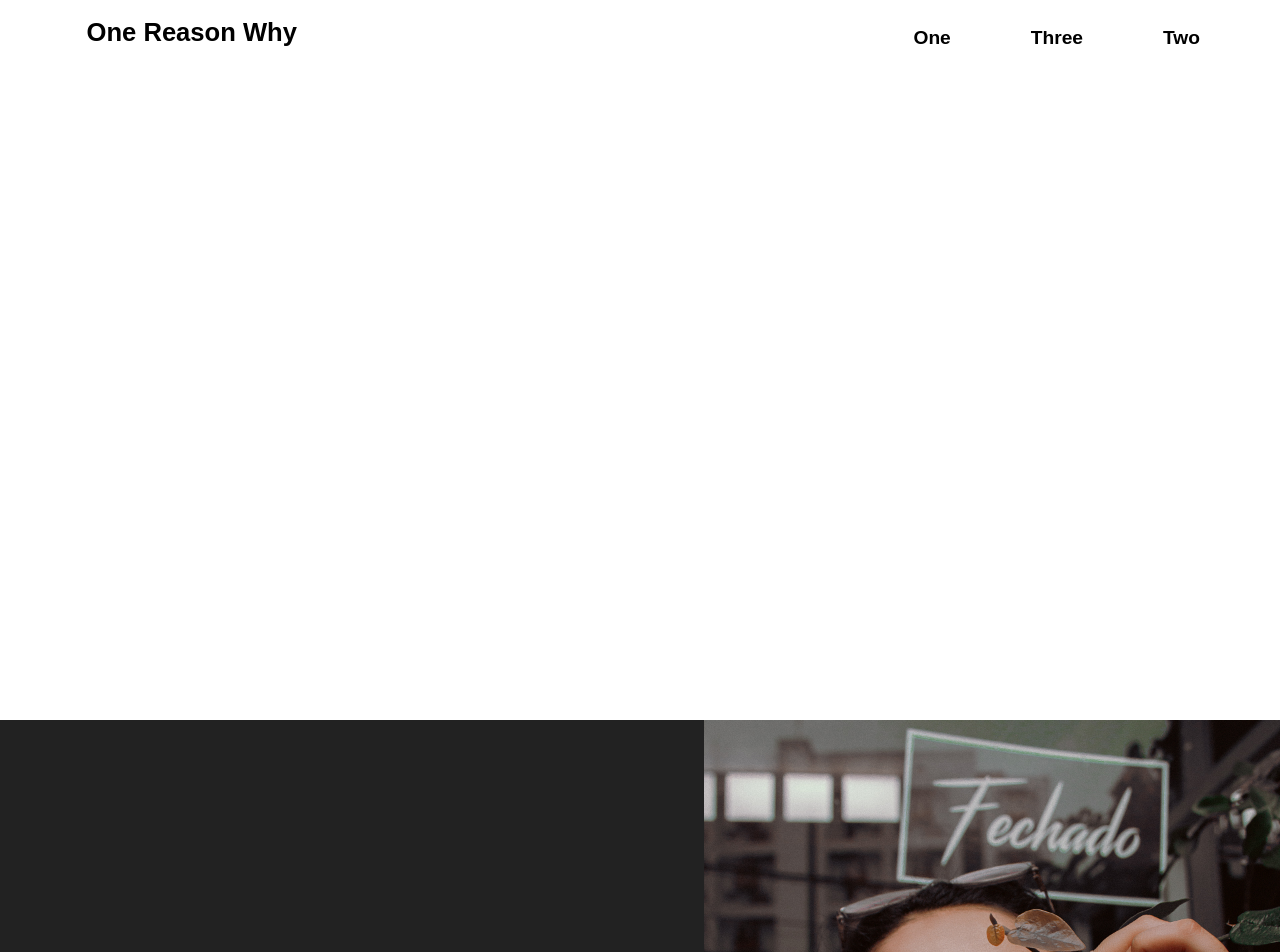
Repository: Imprasna/scrollmagic
Page: index.html
The author's editor kept a copy of each file at every save. The page is drawn from the files as they stood at one save, then again after a run of saves.
The browser window is 1280 px wide. The pictures show the part of the page from y = 0 to 952 px (the page is 2200 px tall).
A picture or video elsewhere on the page could not be fetched, so the positions and the page height are approximate. Some web fonts or font styles are not loaded; a fallback is used. Some web libraries are served in a nearby version.

Above is the page before, as saved 2021-10-27 00:41:20.

### index.html
<!DOCTYPE html>
<html lang="en">
<head>
    <meta charset="UTF-8">
    <meta http-equiv="X-UA-Compatible" content="IE=edge">
    <meta name="viewport" content="width=device-width, initial-scale=1.0">
    <link rel="stylesheet" href="style.css">
    <title>Gsap Animation</title>
</head>
<body>
    <section class="home">
        <nav>
            <h1 class="sliding-text">I am the best <br>you dumb ass</br></h1>
            <ul>
                <li><a href="#">One</a></li>
                <li><a href="#">Three</a></li>
                <li><a href="#">Two</a></li>
            </ul>
        </nav>
        <h1 class="logo">One Reason Why</h1>
    </section>

    <section class="first-page">
        <div class="intro">
            <h2>Introduction</h2>
            <p>Lorem ipsum dolor sit amet consectetur adipisicing elit. Recusandae tenetur,
                atque voluptate aut voluptates dolorum consequuntur excepturi dolorem suscipit similique.
            </p>
        </div>
        <img src="./images/1.jpg" alt="">
    </section>

    <section class="second-page">
        <img src="./images/2.jpg" alt="">
        <div class="intro">
            <h2>About</h2>
            <p>Lorem ipsum dolor sit amet consectetur adipisicing elit. Recusandae tenetur,
                atque voluptate aut voluptates dolorum consequuntur excepturi dolorem suscipit similique.
            </p>
        </div>
    </section>


    <script src="https://cdnjs.cloudflare.com/ajax/libs/gsap/3.8.0/gsap.min.js"></script>
    <script src="https://cdnjs.cloudflare.com/ajax/libs/gsap/3.8.0/ScrollTrigger.min.js" integrity="sha512-CPA5LMoJI/a5HkSIAKcBtFXe4gqGjPUL2ExF/3PmhrrHI17wod9xOqqF+0WZQRKIIq0KwF8oG5BaiWobtrke3A==" crossorigin="anonymous" referrerpolicy="no-referrer"></script>
    <script src="app.js"></script>
</body>
</html>

### style.css
@import url('https://fonts.googleapis.com/css2?family=Zen+Kurenaido&display=swap');


* {
    margin: 0;
    padding: 0;
    box-sizing: border-box;
}

html, body {
    font-family: 'Zen Kurenaido', sans-serif;
}

nav {
    display: flex;
    justify-content: space-between;
    padding: 1rem 5rem;
    background-color: #fff;
}

h1 {
    font-size: 1.2rem;
    font-weight: 600;
}

h2 {
    font-size: 5rem;
}

ul {
    display: flex;
    list-style: none;
    align-items: center;
}

a {
    text-decoration: none;
    font-size: 1.2rem;
    color: #000;
    margin-left: 5rem;
    font-weight: 600;
}

.logo {
    position: absolute;
    left: 50%;
    top: 50%;
    font-size: 1.6rem;
    transform: translate(-50%, -50%) scale(6);
}

.home {
    height: 100vh;
}

.first-page {
    height: 100vh;
    background: #222;
    color: #fff;
    display: flex;
    justify-content: center;
    align-items: center;
}

.first-page img {
    object-fit: cover;
    height: 100%;
    width: 600px;
}

.first-page, .second-page p {
    font-size: 2rem;
}


.second-page {
    height: 100vh;
    background: #222;
    color: #fff;
    display: flex;
    justify-content: center;
    align-items: center;
    text-align: right;
}

.second-page img {
    height: 800px;
    width: 600px;
    object-fit: cover;
}

### app.js
let tl = gsap.timeline({
    ScrollTrigger: {
        trigger: ".home",
        start: "0%",
        // end: "100%",
        scrub: 1,
    },
});

let tl2 = gsap.timeline({
    ScrollTrigger: {
        trigger: ".home",
        start: "0%",
        // end: "100%",
        scrub: 1,
        pin: true
    },
});

let tl3 = gsap.timeline({
    ScrollTrigger: {
        trigger: ".home",
        start: "0%",
        // end: "100%",
        scrub: 1,
        pin: true,
    },
});

tl.fromTo(".sliding-text", { y:0 }, { y:-80 });
tl2.fromTo(".logo", {scale: 6}, {scale: 1, top: "2rem", left: "12rem", });

After the next 3 saves:
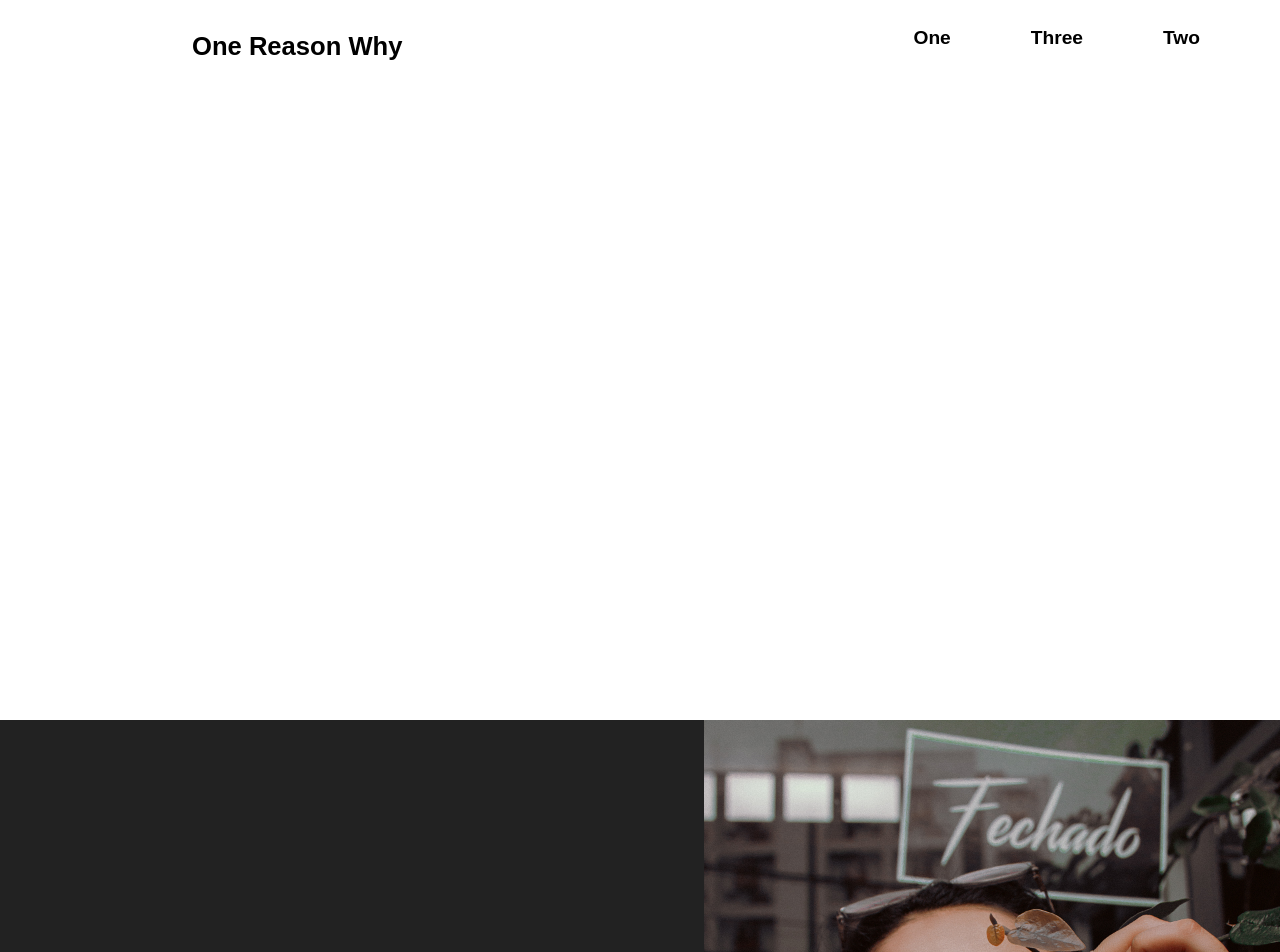
The 3 saves are shown as one change because they came seconds apart.
The last was saved 14 s later.
--- a/app.js
+++ b/app.js
@@ -28,4 +28,4 @@ let tl3 = gsap.timeline({
 });
 
 tl.fromTo(".sliding-text", { y:0 }, { y:-80 });
-tl2.fromTo(".logo", {scale: 6}, {scale: 1, top: "2rem", left: "12rem", });
+tl2.fromTo(".logo", {scale: 6}, {scale: 1, top: "2rem", left: "12rem", x: "50%", y: "50%"});
